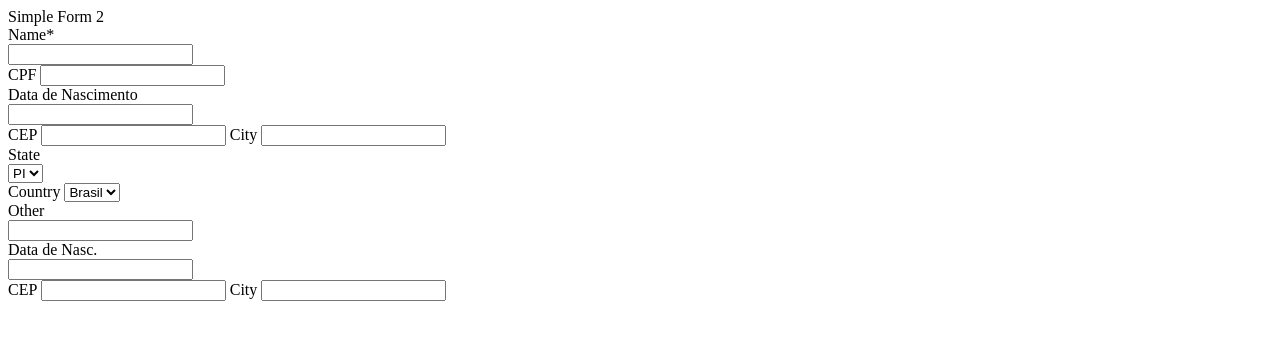
Repository: eudesf/MySpaceShip
Page: MySpaceShip/WebContent/articles/simpleform2.html
These files come from the project's save history. The page is drawn as it stood at one moment and after the next save; the edit follows.
The browser window is 1280 px wide. The pictures show the whole page.

Above is the page before, as saved 2012-03-22 14:11:23.

### MySpaceShip/WebContent/articles/simpleform2.html
<article>
	<header>Simple Form 2</header>

	<form class="labelw20p">

		<label for="name">Name*</label>
		<div class="w30p">
			<input id="name" class="w100p" type="text" />
		</div>
		<div class="w50p">
			<label for="address">CPF</label>
			<input id="address" type="text"/>
		</div>


		<label for="birthdate">Data de Nascimento</label>
		<div class="w30p">
			<input id="birthdate" type="text" class="w100p"/>
		</div>
		<div class="w50p">
			<label for="cep" class="w30p">CEP</label>
			<input id="cep" type="text" class="w20p"/>
			<label for="city" class="w15p">City</label>
			<input id="city" type="text" class="w35p"/>
		</div>


		<label for="state">State</label>
		<div class="w30p">
			<select id="state" class="w100p">
				<option value="PI">PI</option>
			</select>
		</div>
		<div class="w50p">
			<label for="country">Country</label>
			<select id="country">
				<option value="BRA">Brasil</option>
			</select>
		</div>


		<label for="others">Other</label>
		<div class="w80p">
			<input id="others" type="text" class="w100p" />
		</div>


		<label for="birthdate">Data de Nasc.</label>
		<div class="w30p">
			<input id="birthdate" type="text" class="w100p"/>
		</div>
		<div class="w50p">
			<label for="cep" class="w30p">CEP</label>
			<input id="cep" type="text" class="w20p"/>
			<label for="city" class="w15p">City</label>
			<input id="city" type="text" class="w35p"/>
		</div>

	</form>
</article>

After the next save:
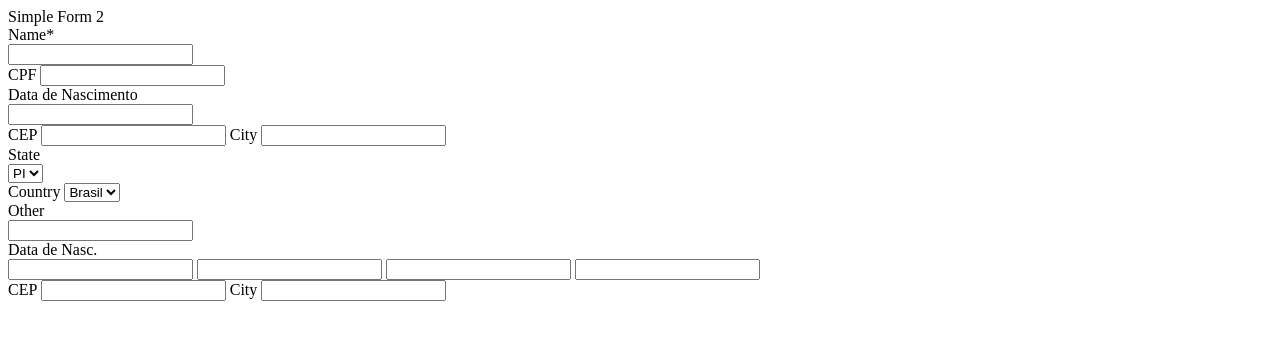
Saved 4 h 23 min later.
--- a/MySpaceShip/WebContent/articles/simpleform2.html
+++ b/MySpaceShip/WebContent/articles/simpleform2.html
@@ -47,6 +47,11 @@
 
 		<label for="birthdate">Data de Nasc.</label>
 		<div class="w30p">
+			<input id="day" type="text" class="w20"/>
+			<input id="day" type="text" class="w50"/>
+			<input id="day" type="text" class="w30"/>
+
+
 			<input id="birthdate" type="text" class="w100p"/>
 		</div>
 		<div class="w50p">
